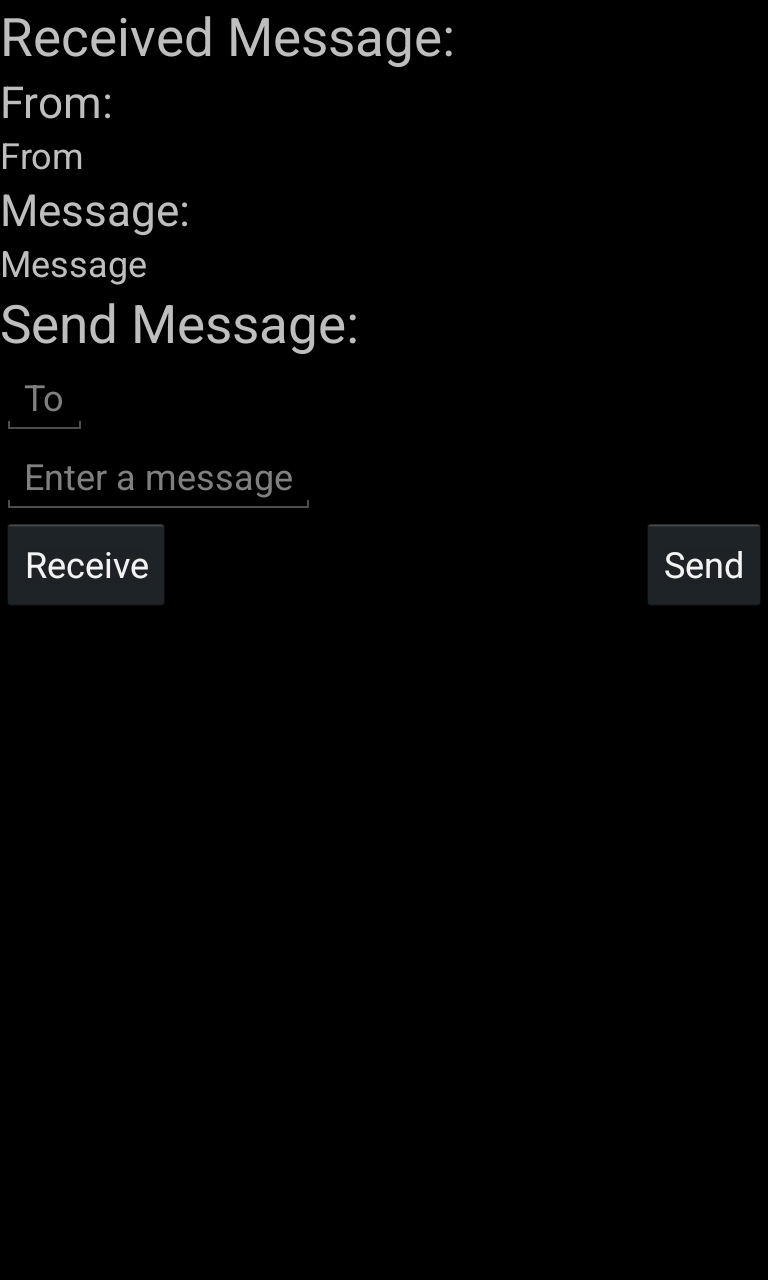
Repository: tomcynicholls/ThirdYearProject
Layout: JavaCode/App/res/layout/main.xml
The author's editor kept a copy of each file at every save. The layout is drawn from the files as they stood at one save, then again after the next save.
It is drawn on a 768 x 1280 px phone screen (xhdpi) without system bars, with theme android:Theme.Holo; the app's code is not run.

Above is the layout before, as saved 2013-04-22 17:41:06.

### JavaCode/App/res/layout/main.xml
<?xml version="1.0" encoding="utf-8"?>
<LinearLayout xmlns:android="http://schemas.android.com/apk/res/android"
    xmlns:tools="http://schemas.android.com/tools"
    android:layout_width="match_parent"
    android:layout_height="match_parent"
    android:orientation="vertical" >



    <TextView
        android:id="@+id/textview_title"
        android:layout_width="wrap_content"
        android:layout_height="wrap_content"
        android:textSize="12pt"
        android:text="@string/receive_title" />

    <TextView
        android:id="@+id/textview_fromtitle"
        android:layout_width="wrap_content"
        android:layout_height="wrap_content"
        android:textSize="10pt"
        android:text="@string/fromtitle" />

    <TextView
        android:id="@+id/textview_from"
        android:layout_width="wrap_content"
        android:layout_height="wrap_content"
        android:textSize="8pt"
        android:text="@string/from" />

     <TextView
        android:id="@+id/textview_messagetitle"
        android:layout_width="wrap_content"
        android:layout_height="wrap_content"
        android:textSize="10pt"
        android:text="@string/messagetitle" />

     <TextView
        android:id="@+id/textview_message"
        android:layout_width="wrap_content"
        android:layout_height="wrap_content"
        android:textSize="8pt"
        android:text="@string/message" />

     <TextView
        android:id="@+id/textview_sendtitle"
        android:layout_width="wrap_content"
        android:layout_height="wrap_content"
        android:textSize="12pt"
        android:text="@string/send_title"
        android:layout_marginTop="10px]" />

      <EditText android:id="@+id/edit_receiver"
        android:layout_height="wrap_content"
        android:layout_width="wrap_content"
        android:hint="@string/edit_receiver" />


    <EditText android:id="@+id/edit_message"
        android:layout_height="wrap_content"
        android:layout_width="wrap_content"
        android:hint="@string/edit_message" />

    <RelativeLayout
            android:id="@+id/innerrel"
            android:layout_width="match_parent"
            android:layout_height="wrap_content"
            android:orientation="horizontal" >
    <Button
        android:layout_width="wrap_content"
        android:layout_height="wrap_content"
        android:text="@string/button_receive"
        android:onClick="receiveMessage"
        android:layout_alignParentLeft="true" />

    <Button
        android:layout_width="wrap_content"
        android:layout_height="wrap_content"
        android:text="@string/button_send"
        android:onClick="sendMessage"
        android:layout_alignParentRight="true" />

    </RelativeLayout>
</LinearLayout>

### JavaCode/App/res/values/strings.xml
<?xml version="1.0" encoding="utf-8"?>
<resources>

    <string name="app_name">TYP App</string>
    <string name="edit_message">Enter a message</string>
    <string name="edit_receiver">To</string>
    <string name="edit_infosend">Info</string>
    <string name="button_infosend">Send</string>
    <string name="button_send">Send</string>
    <string name="button_return">Return</string>
    <string name="button_receive">Receive</string>
    <string name="receive_title">Received Message:</string>
    <string name="send_title">Send Message:</string>
    <string name="menu_settings">Settings</string>
    <string name="title_activity_main">MainActivity</string>
    <string name="title_activity_display_message">Message</string>
    <string name="hello_world">Hello world!</string>
    <string name="holder">Text Holder</string>
    <string name="title_activity_view_xml_writer">View Xm lWriter</string>
    <string name="from">From</string>
    <string name="message">Message</string>
    <string name="fromtitle">From:</string>
    <string name="messagetitle">Message:</string>
    <string name="sent_title">Message Sent</string>

</resources>

After the next save:
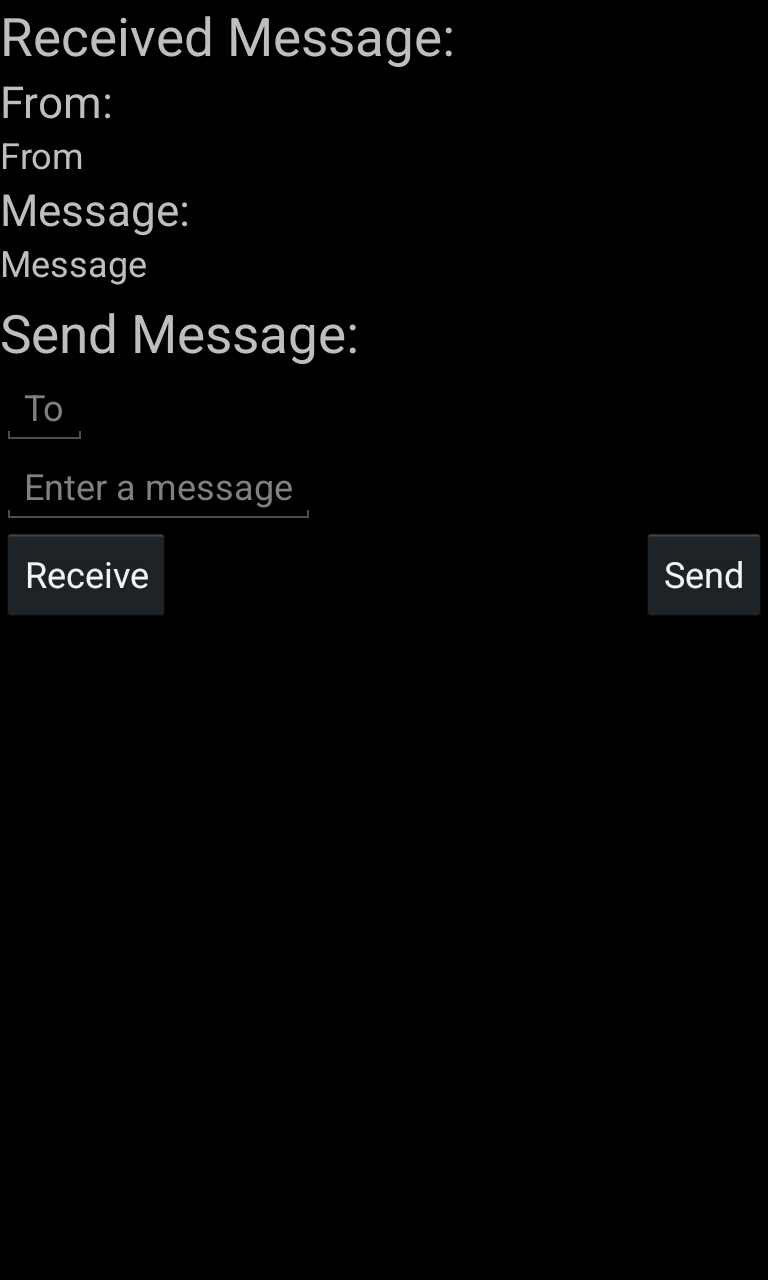
Saved 7 s later.
--- a/JavaCode/App/res/layout/main.xml
+++ b/JavaCode/App/res/layout/main.xml
@@ -48,7 +48,7 @@
         android:layout_height="wrap_content"
         android:textSize="12pt"
         android:text="@string/send_title"
-        android:layout_marginTop="10px]" />
+        android:layout_marginTop="10px" />
 
       <EditText android:id="@+id/edit_receiver"
         android:layout_height="wrap_content"
